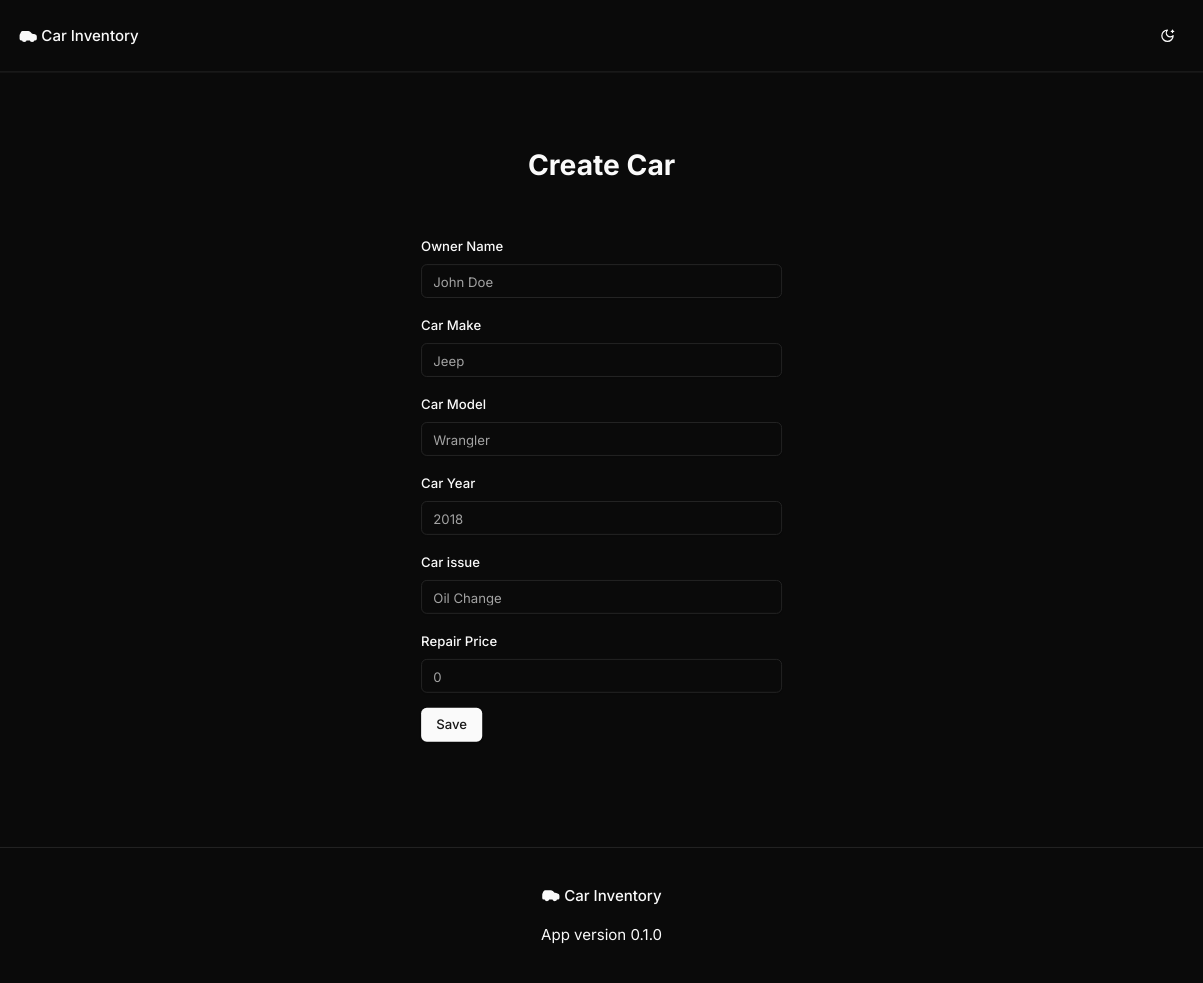
Repository: tushcmd/car-inventory
Page: /create (app in frontend/)
The author's editor kept a copy of each file at every save. The page is drawn from the files as they stood at one save, then again after the next save.
The browser window is 1280 px wide. The pictures show the whole page, at 94% of full size.
The project was rebuilt for these pictures with package versions that can differ from the ones it lists, and the page was loaded fresh each time. The framework's server and built-in components were replaced by stand-ins that run in the browser. Also part of the build but not shown: frontend/next.config.mjs.

Above is the page before, as saved 2024-05-15 03:53:38.

### frontend/app/layout.tsx
import type { Metadata } from "next";
import { Inter } from "next/font/google";
import "./globals.css";
import AppProviders from "@/components/providers/AppProviders";
import Navbar from '@/components/shared/Navbar';
import Footer from "@/components/shared/Footer";
import { Toaster } from "@/components/ui/toaster";

const inter = Inter({ subsets: ["latin"] });

export const metadata: Metadata = {
  title: "Car Garage Inventory",
  description: "Nextjs Shadcnui Nodejs Express and MongoDB CRUD",
};

export default function RootLayout({
  children,
}: Readonly<{
  children: React.ReactNode;
}>) {
  return (
    <html lang="en" suppressHydrationWarning>
      <body className={inter.className}>
        <AppProviders>
          <Navbar />
          {children}
          <Footer />
          <Toaster />
        </AppProviders>
      </body>
    </html>
  );
}

### frontend/app/create/page.tsx
import CreateCar from "@/components/create-car";


export default function Create() {
    return (
        <div className="page-container min-h-screen">
            {/*<h2 className="pb-4">Create</h2>*/}
            <CreateCar />
        </div>
    )
}

### frontend/components/providers/AppProviders.tsx
'use client';

import { ThemeProvider } from 'next-themes';
import { FC, ReactNode } from 'react';

interface AppProvidersProps {
  children: ReactNode;
}


const AppProviders: FC<AppProvidersProps> = ({ children }) => {
  return (
    <>
      <ThemeProvider attribute="class" disableTransitionOnChange defaultTheme="dark" enableSystem>
        {children}

      </ThemeProvider>
    </>
  );
};

export default AppProviders;

### frontend/components/shared/Navbar.tsx
import React, { FC } from 'react';
import ThemeSwitcherButton from '../ui/ThemeSwitcher';
import Logo from './Logo';

const Navbar: FC = () => {
  return (
    <nav className="border-b py-5">
      <div className="layout-container flex justify-between items-center max-w-7xl">
        <Logo />
        <ThemeSwitcherButton />
      </div>
    </nav>
  );
};

export default Navbar;

### frontend/components/shared/Footer.tsx
import React, { FC } from 'react'
import Logo from './Logo'

const Footer: FC = () => {
  return (
    <footer className='border-t'>
        <div className='layout-container flex flex-col gap-5 items-center  justify-center py-10'>
            <Logo />
            <p>App version 0.1.0</p>
        </div>

    </footer>
  )
}

export default Footer

### frontend/components/ui/toaster.tsx
"use client"

import {
  Toast,
  ToastClose,
  ToastDescription,
  ToastProvider,
  ToastTitle,
  ToastViewport,
} from "@/components/ui/toast"
import { useToast } from "@/components/ui/use-toast"

export function Toaster() {
  const { toasts } = useToast()

  return (
    <ToastProvider>
      {toasts.map(function ({ id, title, description, action, ...props }) {
        return (
          <Toast key={id} {...props}>
            <div className="grid gap-1">
              {title && <ToastTitle>{title}</ToastTitle>}
              {description && (
                <ToastDescription>{description}</ToastDescription>
              )}
            </div>
            {action}
            <ToastClose />
          </Toast>
        )
      })}
      <ToastViewport />
    </ToastProvider>
  )
}

### frontend/components/create-car.tsx
'use client';

import { zodResolver } from '@hookform/resolvers/zod';
import { useForm } from 'react-hook-form';
import { z } from 'zod';
import { Button } from '@/components/ui/button';
import {
  Form,
  FormControl,
  FormDescription,
  FormField,
  FormItem,
  FormLabel,
  FormMessage,
} from '@/components/ui/form';
import { Input } from '@/components/ui/input';
import { toast } from "./ui/use-toast"
import { useRouter } from 'next/navigation';

const carSchema = z.object({
  ownerName: z.string().min(1, 'Owner name is required'),
  make: z.string().min(1, 'Make is required'),
  model: z.string().min(1, 'Model is required'),
  carYear: z.coerce.number().int().gte(1900, 'Car year must be after a year after 1900'),
  issue: z.string().min(1, 'Issue is required'),
  repairPrice: z.coerce.number().nonnegative('Repair price must be a non-negative number'),
});

type Car = z.infer<typeof carSchema>;

export default function CreateCar () {
  const router = useRouter();
  const form = useForm<Car>({
    resolver: zodResolver(carSchema),
  });

  const onSubmit = async (data: Car) => {
    try {
      const response = await fetch('http://localhost:8080/cars', {
        method: 'POST',
        headers: {
          'Content-Type': 'application/json',
        },
        body: JSON.stringify(data),
      });

      if (response.ok) {
        toast({
          title: 'Car Created',
          description: 'Car Created successfully',
        })
        router.push('/');
      } else {
        toast({
          title: 'Error',
          description: 'Error creating car',
          variant: 'destructive',
        });
      }
    } catch (error) {
      toast({
        title: 'Error',
        description: 'Error creating car',
        variant: 'destructive',
      });
      console.log(error);
    }
  };


  return (
    <div className="container flex flex-col gap-6 mx-auto items-center justify-center">

      <h1 className="text-3xl font-bold">Create Car</h1>
      <Form {...form}>
        <form onSubmit={form.handleSubmit(onSubmit)} className="w-full space-y-4 py-8 sm:w-[24rem]">
          <FormField
            control={form.control}
            name="ownerName"
            render={({ field }) => (
              <FormItem>
                <FormLabel>Owner Name</FormLabel>
                <FormControl>
                  <Input placeholder="John Doe" {...field} />
                </FormControl>
                {/*<FormDescription>Enter the owner&apos;s name</FormDescription>*/}
                <FormMessage />
              </FormItem>
            )}
          />
          <FormField
            control={form.control}
            name="make"
            render={({ field }) => (
              <FormItem>
                <FormLabel>Car Make</FormLabel>
                <FormControl>
                  <Input placeholder="Jeep" {...field} />
                </FormControl>
                {/*<FormDescription>Enter the car make</FormDescription>*/}
                <FormMessage />
              </FormItem>
            )}
          />
          <FormField
            control={form.control}
            name="model"
            render={({ field }) => (
              <FormItem>
                <FormLabel>Car Model</FormLabel>
                <FormControl>
                  <Input placeholder="Wrangler" {...field} />
                </FormControl>
                {/*<FormDescription>Enter the model</FormDescription>*/}
                <FormMessage />
              </FormItem>
            )}
          />
          <FormField
            control={form.control}
            name="carYear"
            render={({ field }) => (
              <FormItem>
                <FormLabel>Car Year</FormLabel>
                <FormControl>
                  <Input type='number' placeholder="2018" {...field} />
                </FormControl>
                {/*<FormDescription>Enter the car year</FormDescription>*/}
                <FormMessage />
              </FormItem>
            )}
          />
          <FormField
            control={form.control}
            name="issue"
            render={({ field }) => (
              <FormItem>
                <FormLabel>Car issue</FormLabel>
                <FormControl>
                  <Input placeholder="Oil Change" {...field} />
                </FormControl>
                {/*<FormDescription>Enter the car issue</FormDescription>*/}
                <FormMessage />
              </FormItem>
            )}
          />
          <FormField
            control={form.control}
            name="repairPrice"
            render={({ field }) => (
              <FormItem>
                <FormLabel>Repair Price</FormLabel>
                <FormControl>
                  <Input type='number' placeholder="0" {...field} />
                </FormControl>
                {/*<FormDescription>Enter the repair price</FormDescription>*/}
                <FormMessage />
              </FormItem>
            )}
          />
          {/* ... (other form fields) */}
          <Button type="submit">Save</Button>
        </form>
      </Form>
    </div>
  );
};

{/*
"use client"

import { zodResolver } from "@hookform/resolvers/zod"
import { DefaultValues, useForm } from "react-hook-form"
import { z } from "zod"

import { Button } from "@/components/ui/button"
import {
  Form,
  FormControl,
  FormDescription,
  FormField,
  FormItem,
  FormLabel,
  FormMessage,
} from "@/components/ui/form"
import { Input } from "@/components/ui/input"
import router from "next/router"
import { toast } from "./ui/use-toast"


const formSchema = z.object({
  ownerName: z.string().min(1, {
    message: 'Owner name is required'
  }),
  make: z.string().min(1, {
    message: 'Make is required'
  }),
  model: z.string().min(1, {
    message: 'Model is required'
  }),
  carYear: z.number().positive({
    message: 'Car year must be a positive number',
  }),
  issue: z.string().min(1, {
    message: 'Issue is required',
  }),
  repairPrice: z.number().nonnegative({
    message: 'Repair price must be a non-negative number',
  }),
})

export function CreateCar() {
  // 1. Define your form.
  const form = useForm<z.infer<typeof formSchema>>({
    resolver: zodResolver(formSchema),
    defaultValues: {
      ownerName: "",
      make: "",
      model: "",
      carYear: 2018,
      issue: "",
      repairPrice: 0,
    },
  })

  // 2. Define a submit handler.
  function onSubmit(values: z.infer<typeof formSchema>) {
    // Do something with the form values.
    // ✅ This will be type-safe and validated.
    const postValues = async (data: values) => {
      try {
        const response = await fetch('http://localhost:8080/cars', {
          method: 'POST',
          headers: {
            'Content-Type': 'application/json',
          },
          body: JSON.stringify(data),
        });
        if (response.ok) {
          toast({
            title: 'Car Created',
            description: 'Car Created successfully',
          })
          router.push('/');
        } else {
          toast({
            title: 'Error',
            description: 'Error creating car',
            variant: 'destructive',
          });
        }
      } catch (error) {
        toast({
          title: 'Error',
          description: 'Error creating car',
          variant: 'destructive',
        });
        console.log(error);
      }
    };
    console.log(values)
  }

  return (
    <Form {...form}>
      <form onSubmit={form.handleSubmit(onSubmit)} className="space-y-8">
        <FormField
          control={form.control}
          ownerName="Car Owner"
          render={({ field }) => (
            <FormItem>
              <FormLabel>Username</FormLabel>
              <FormControl>
                <Input placeholder="tushcmd" {...field} />
              </FormControl>
              <FormDescription>
                Public display name.
              </FormDescription>
              <FormMessage />
            </FormItem>
          )}
        />
        <Button type="submit">Submit</Button>
      </form>
    </Form>
  )
}

*/}
{/*

'use client'
import { useRouter } from 'next/navigation'
import { z } from 'zod'
import { zodResolver } from '@hookform/resolvers/zod'
import { useForm } from "react-hook-form"
import { Button } from "@/components/ui/button"
import { Form, FormControl, FormDescription, FormField, FormItem, FormLabel, FormMessage, } from "@/components/ui/form"
import { Input } from "@/components/ui/input"
import { ToastAction } from "@/components/ui/toast"
import { useToast } from "@/components/ui/use-toast"

const formSchema = z.object({
  ownerName: z.string().min(1, 'Owner name is required'),
  make: z.string().min(1, 'Make is required'),
  model: z.string().min(1, 'Model is required'),
  carYear: z.number().positive('Car year must be a positive number'),
  issue: z.string().min(1, 'Issue is required'),
  repairPrice: z.number().nonnegative('Repair price must be a non-negative number'),
})

type Car = z.infer<typeof formSchema>;

export default function CreateCar() {
  const router = useRouter()
  const { toast } = useToast()
  const { register, handleSubmit, formState: { errors } } = useForm<Car>({
    resolver: zodResolver(formSchema),
    defaultValues: {
      ownerName: "",
      make: "",
      model: "",
      carYear: 2018,
      issue: "",
      repairPrice: 0,
    },
  });

  const onSubmit = async (data: Car) => {
    try {
      const response = await fetch('http://localhost:8080/cars', {
        method: 'POST',
        headers: {
          'Content-Type': 'application/json',
        },
        body: JSON.stringify(data),
      });
      if (response.ok) {
        toast({
          title: 'Car Created',
          description: 'Car Created successfully',
        })
        router.push('/');
      } else {
        toast({
          title: 'Error',
          description: 'Error creating car',
          variant: 'destructive',
        });
      }
    } catch (error) {
      toast({
        title: 'Error',
        description: 'Error creating car',
        variant: 'destructive',
      });
      console.log(error);
    }
  };

  return (
    <div className="flex items-center py-4 flex-row justify-between">
      <Form>
        <form onSubmit={handleSubmit(onSubmit)} className="space-y-8">
          <FormField
            control={register}
            name="ownerName"
            render={({ field }) => (
              <FormItem>
                <FormLabel>Owner Name</FormLabel>
                <FormControl>
                  <Input placeholder="John Doe" {...field} />
                </FormControl>
                <FormDescription>Enter the owner's name</FormDescription>
                <FormMessage />
              </FormItem>
            )}
          />
        </form>
      </Form>
    </div>
  )
}
*/}
{/*

'use client'


import { useRouter } from 'next/navigation'
import { z } from 'zod'

import { zodResolver } from '@hookform/resolvers/zod'
import { useForm } from "react-hook-form"

import { Button } from "@/components/ui/button"
import {
    Form,
    FormControl,
    FormDescription,
    FormField,
    FormItem,
    FormLabel,
    FormMessage,
} from "@/components/ui/form"
import { Input } from "@/components/ui/input"
import { ToastAction } from "@/components/ui/toast"
import { useToast } from "@/components/ui/use-toast"


const formSchema = z.object({
    ownerName: z.string().min(1, 'Owner name is required'),
    make: z.string().min(1, 'Make is required'),
    model: z.string().min(1, 'Model is required'),
    carYear: z.number().positive('Car year must be a positive number'),
    issue: z.string().min(1, 'Issue is required'),
    repairPrice: z.number().nonnegative('Repair price must be a non-negative number'),
})

//type Car = z.infer<typeof formSchema>;


export default function CreateCar() {
    //1. Define your form.
    const form = useForm<z.infer<typeof formSchema>>({
        resolver: zodResolver(formSchema),
        defaultValues: {
            ownerName: "",
            make: "",
            model: "",
            carYear: 2018,
            issue: "",
            repairPrice: 0,
        },
    },

    // 2. Define a submit handler.
    //function onSubmit(values: z.infer<typeof formSchema>) {
    //    // Do something with the form values.
    //    // ✅ This will be type-safe and validated.
    //    console.log(values)
    //}

    const router = useRouter()
    const { toast } = useToast()
    const { register, handleSubmit, formState: { errors } } = useForm<form>({
        resolver: zodResolver(formSchema),
    });
    const onSubmit = async (data: form) => {
        try {
            const response = await fetch('http://localhost:8080/cars', {
                method: 'POST',
                headers: {
                    'Content-Type': 'application/json',
                },
                body: JSON.stringify(data),
            });

            if (response.ok) {
                toast({
                    title: 'Car Created',
                    description: 'Car Created successfully',
                })
                router.push('/');
            } else {
                toast({
                    title: 'Error',
                    description: 'Error creating car',
                    variant: 'destructive',
                });
            }
        } catch (error) {
            toast({
                title: 'Error',
                description: 'Error creating car',
                variant: 'destructive',
            });
            console.log(error);
        }
    };
    return (

        <div className="flex items-center py-4 flex-row justify-between">
            <Form {...form}>
                <form onSubmit={form.handleSubmit(onSubmit)} className="space-y-8">
                    <FormField
                        control={form.control}
                        name="ownerName"
                        render={({ field }) => (
                            <FormItem>
                                <FormLabel>Owner Name</FormLabel>
                                <FormControl>
                                    <Input placeholder="John Doe" {...field} />
                                </FormControl>
                                <FormDescription>Enter the owner's name</FormDescription>
                                <FormMessage />
                            </FormItem>
                        )}
                    />
                </form>
            </Form>
        </div>
    )
}


'use client';

import { ArrowLeft } from 'lucide-react';
import { Button } from '@/components/ui/button';
import { useForm } from 'react-hook-form';
import { zodResolver } from '@hookform/resolvers/zod';
import { Toaster, Toast } from '@/components/ui/toaster';
import { useRouter } from 'next/navigation';
import { z } from 'zod';
import Create from '../../.history/frontend/app/create/page_20240512025654';

const carSchema = z.object({
  ownerName: z.string().min(1, 'Owner name is required'),
  make: z.string().min(1, 'Make is required'),
  model: z.string().min(1, 'Model is required'),
  carYear: z.number().positive('Car year must be a positive number'),
  issue: z.string().min(1, 'Issue is required'),
  repairPrice: z.number().nonnegative('Repair price must be a non-negative number'),
});

type Car = z.infer<typeof carSchema>;

const CreateCar = () => {
  const router = useRouter();
  const { register, handleSubmit, formState: { errors } } = useForm<Car>({
    resolver: zodResolver(carSchema),
  });

  const onSubmit = async (data: Car) => {
    try {
      const response = await fetch('http://localhost:8080/cars', {
        method: 'POST',
        headers: {
          'Content-Type': 'application/json',
        },
        body: JSON.stringify(data),
      });

      if (response.ok) {
        Toast({
          title: 'Car Created',
          description: 'Car Created successfully',
          variant: 'success',
        });
        router.push('/');
      } else {
        Toast({
          title: 'Error',
          description: 'Error creating car',
          variant: 'destructive',
        });
      }
    } catch (error) {
      Toast({
        title: 'Error',
        description: 'Error creating car',
        variant: 'destructive',
      });
      console.log(error);
    }
  };

  return (
    <div className="container flex flex-col gap-6 mx-auto">
      <Toaster />
      <Button variant="ghost" onClick={() => router.back()}>
        <ArrowLeft className="mr-2 h-4 w-4" />
        Go Back
      </Button>
      <h1 className="text-3xl font-bold">Create Car</h1>
      <form onSubmit={handleSubmit(onSubmit)} className="grid gap-4">
        <div className="grid grid-cols-4 items-center gap-4">
          <label htmlFor="ownerName" className="text-right">Owner Name</label>
          <input
            id="ownerName"
            type="text"
            {...register('ownerName')}
            className={`col-span-3 border border-gray-300 rounded-md px-4 py-2 ${errors.ownerName ? 'border-red-500' : ''}`}
          />
          {errors.ownerName && <span className="col-span-4 text-red-500">{errors.ownerName.message}</span>}
        </div>
        //... (other input fields)
        <Button type="submit">Save</Button>
      </form>
    </div>
  );
};

export default CreateCar;

*/}

### frontend/components/shared/Logo.tsx

import { Car } from "lucide-react";
import Link from "next/link";
import React, { FC } from "react";

const Logo: FC = () => {
	return (
		<Link href='/' className="flex items-center gap-1 component-focus rounded-md">
			<Car   className="w-5 h-5 fill-current" />
			<h1 className="inline-flex flex-col gap-0 leading-none font-medium">
				<p>Car Inventory</p>
			</h1>
		</Link>
	);
};

export default Logo;

### frontend/components/ui/input.tsx
import * as React from "react"

import { cn } from "@/lib/utils"

export interface InputProps
  extends React.InputHTMLAttributes<HTMLInputElement> {}

const Input = React.forwardRef<HTMLInputElement, InputProps>(
  ({ className, type, ...props }, ref) => {
    return (
      <input
        type={type}
        className={cn(
          "flex h-9 w-full rounded-md border border-input bg-transparent px-3 py-1 text-sm shadow-sm transition-colors file:border-0 file:bg-transparent file:text-sm file:font-medium placeholder:text-muted-foreground focus-visible:outline-none focus-visible:ring-1 focus-visible:ring-ring disabled:cursor-not-allowed disabled:opacity-50",
          className
        )}
        ref={ref}
        {...props}
      />
    )
  }
)
Input.displayName = "Input"

export { Input }

### frontend/components/ui/label.tsx
"use client"

import * as React from "react"
import * as LabelPrimitive from "@radix-ui/react-label"
import { cva, type VariantProps } from "class-variance-authority"

import { cn } from "@/lib/utils"

const labelVariants = cva(
  "text-sm font-medium leading-none peer-disabled:cursor-not-allowed peer-disabled:opacity-70"
)

const Label = React.forwardRef<
  React.ElementRef<typeof LabelPrimitive.Root>,
  React.ComponentPropsWithoutRef<typeof LabelPrimitive.Root> &
    VariantProps<typeof labelVariants>
>(({ className, ...props }, ref) => (
  <LabelPrimitive.Root
    ref={ref}
    className={cn(labelVariants(), className)}
    {...props}
  />
))
Label.displayName = LabelPrimitive.Root.displayName

export { Label }

Loaded but not shown: frontend/components/ui/use-toast.ts (common file); frontend/lib/utils.ts (common file); frontend/tailwind.config.ts (common file); frontend/components/ui/dropdown-menu.tsx (205 lines, source omitted); frontend/components/ui/toast.tsx (129 lines, source omitted); frontend/components/ui/form.tsx (176 lines, source omitted); frontend/components/ui/button.tsx (57 lines, source omitted); frontend/app/globals.css (103 lines, source omitted); frontend/components/ui/ThemeSwitcher.tsx (56 lines, source omitted)

After the next save:
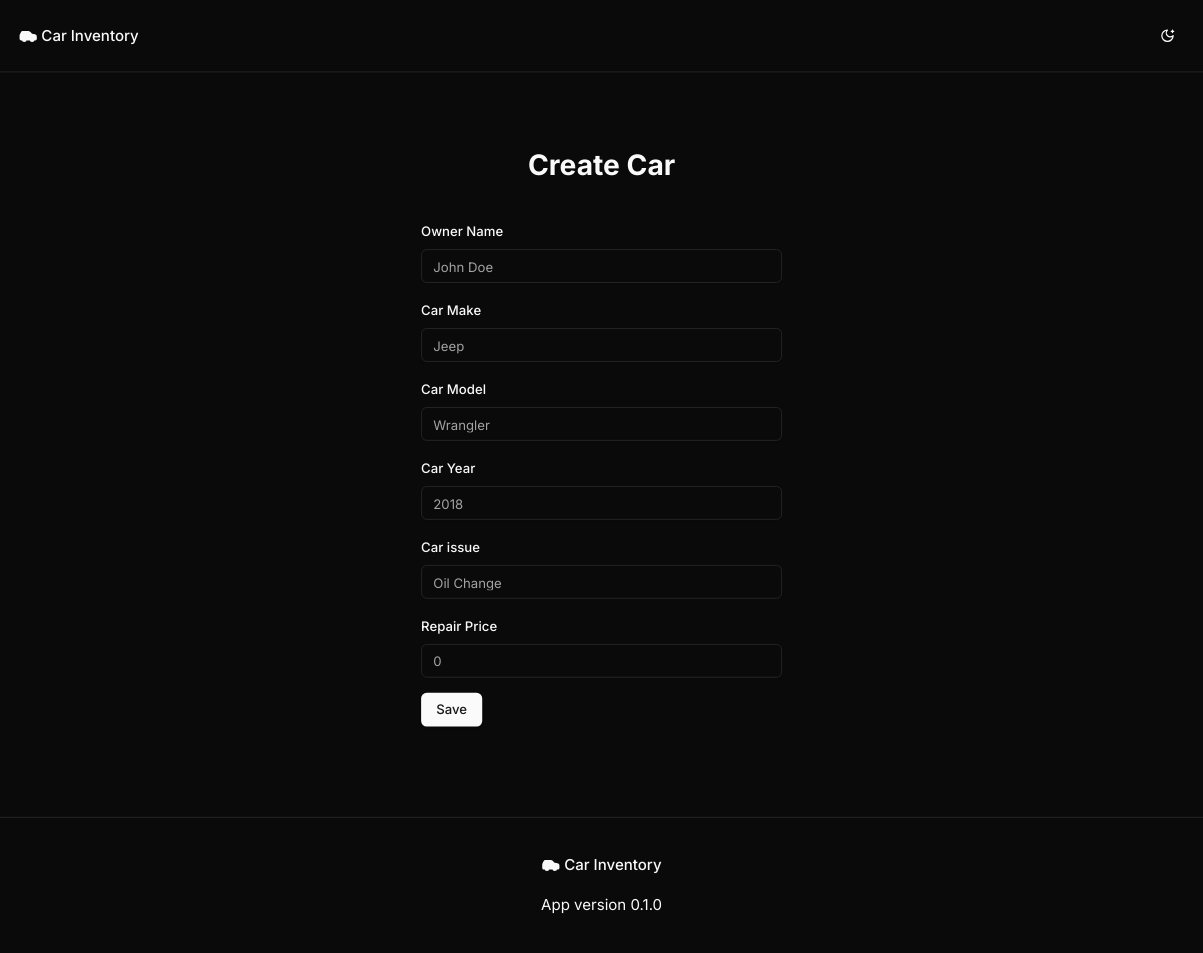
Saved 52 s later.
--- a/frontend/components/create-car.tsx
+++ b/frontend/components/create-car.tsx
@@ -73,7 +73,7 @@ export default function CreateCar () {
 
       <h1 className="text-3xl font-bold">Create Car</h1>
       <Form {...form}>
-        <form onSubmit={form.handleSubmit(onSubmit)} className="w-full space-y-4 py-8 sm:w-[24rem]">
+        <form onSubmit={form.handleSubmit(onSubmit)} className="w-full space-y-4 py-4 sm:w-[24rem]">
           <FormField
             control={form.control}
             name="ownerName"
